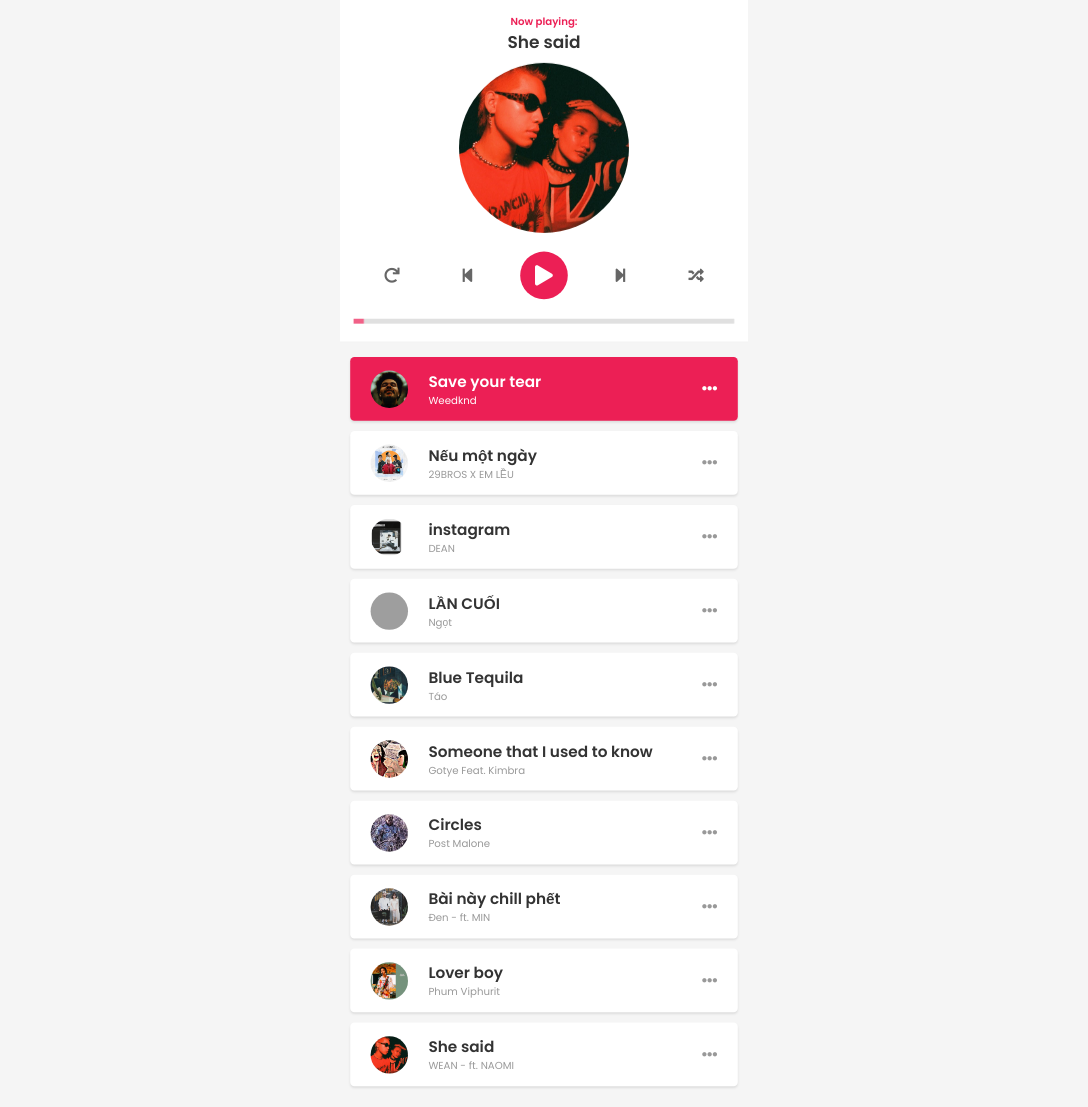
Repository: AnhTuan191298/sent-file-hoang
Page: music_player_f8/index.html
The author's editor kept a copy of each file at every save. The page is drawn from the files as they stood at one save, then again after the next save.
The browser window is 1280 px wide. The pictures show the whole page, at 85% of full size.
After loading, the first visible `div.btn-prev` was clicked once.
Pictures or frames that could not be fetched are drawn as grey boxes.

Above is the page before, as saved 2021-02-18 15:47:40.

After the next save:
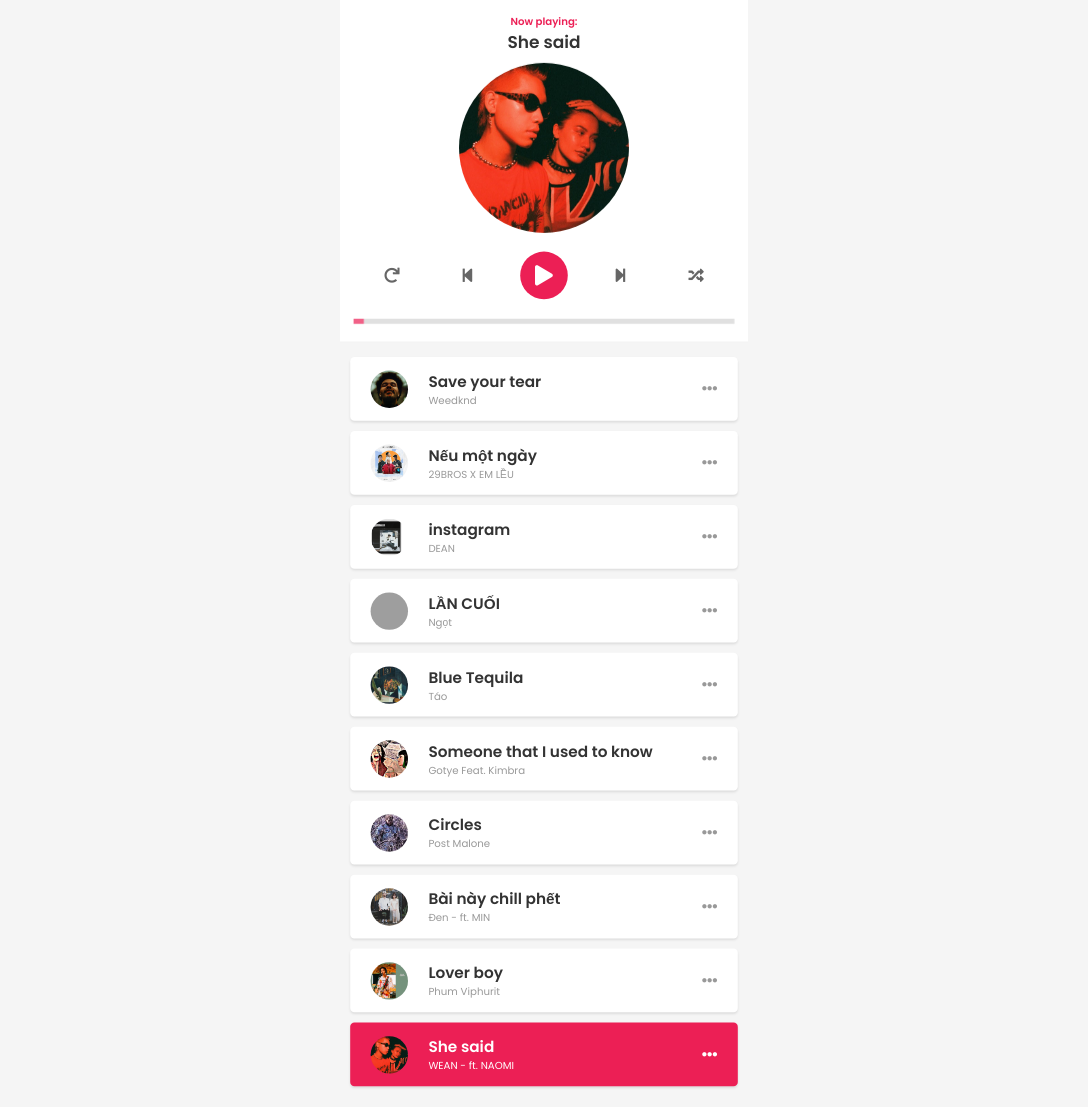
Saved 2 min 9 s later.
--- a/music_player_f8/assets/js/main.js
+++ b/music_player_f8/assets/js/main.js
@@ -192,6 +192,7 @@ const app = {
                 _this.nextSong()
             }
             audio.play()
+            _this.render()
         }
 
         // Khi prev song
@@ -202,6 +203,7 @@ const app = {
                 _this.prevSong()
             }
             audio.play()
+            _this.render()
         }
 
         // Xử lý bật/tắt random
